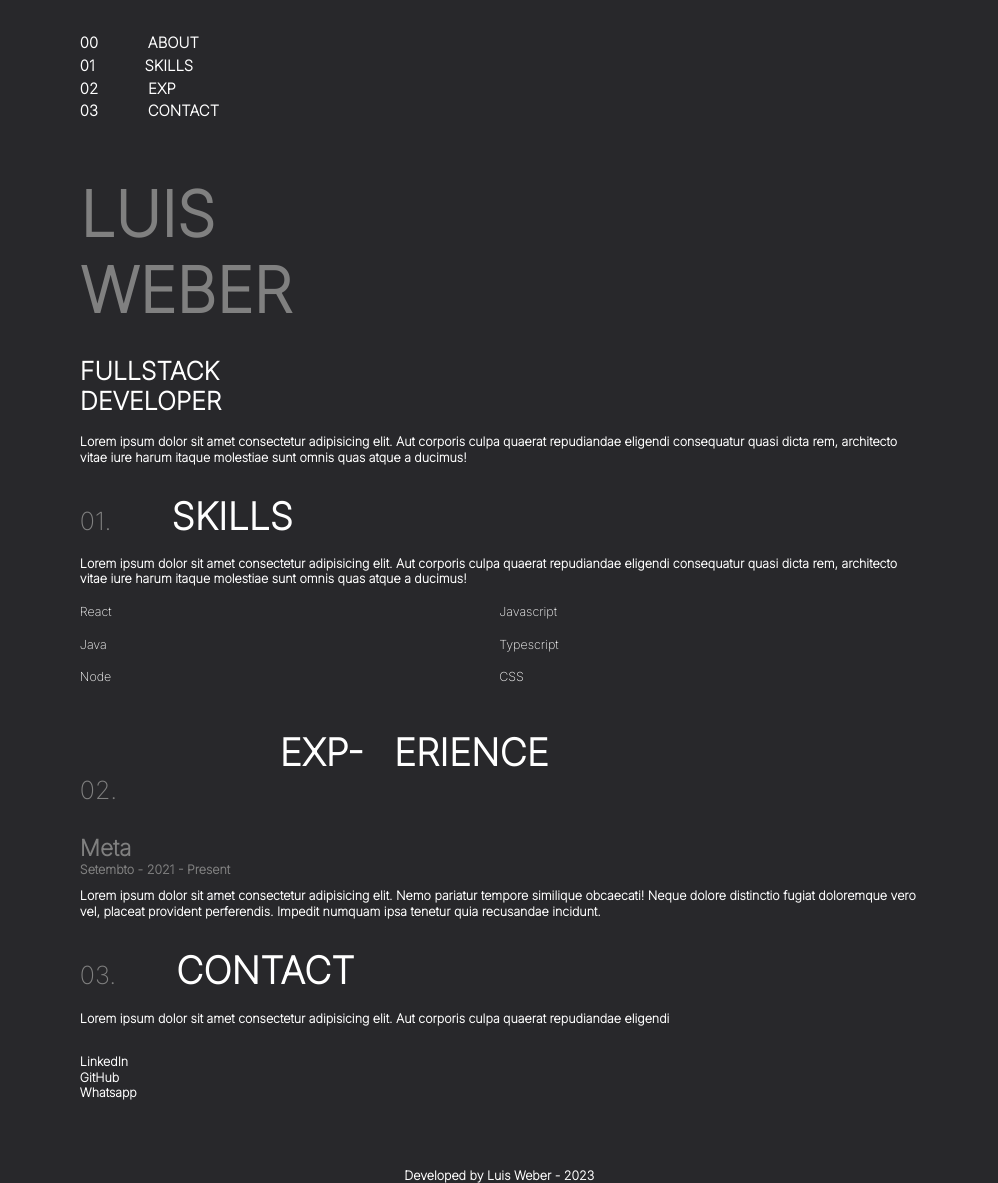
Repository: luiswh1/Portfolio
Page: /
These files come from the project's save history. The page is drawn as it stood at one moment and after the next save; the edit follows.
The browser window is 1280 px wide. The pictures show the whole page, at 78% of full size.
The project was rebuilt for these pictures with package versions that can differ from the ones it lists, and the page was loaded fresh each time.

Above is the page before, as saved 2023-05-31 19:49:29.

After the next save:
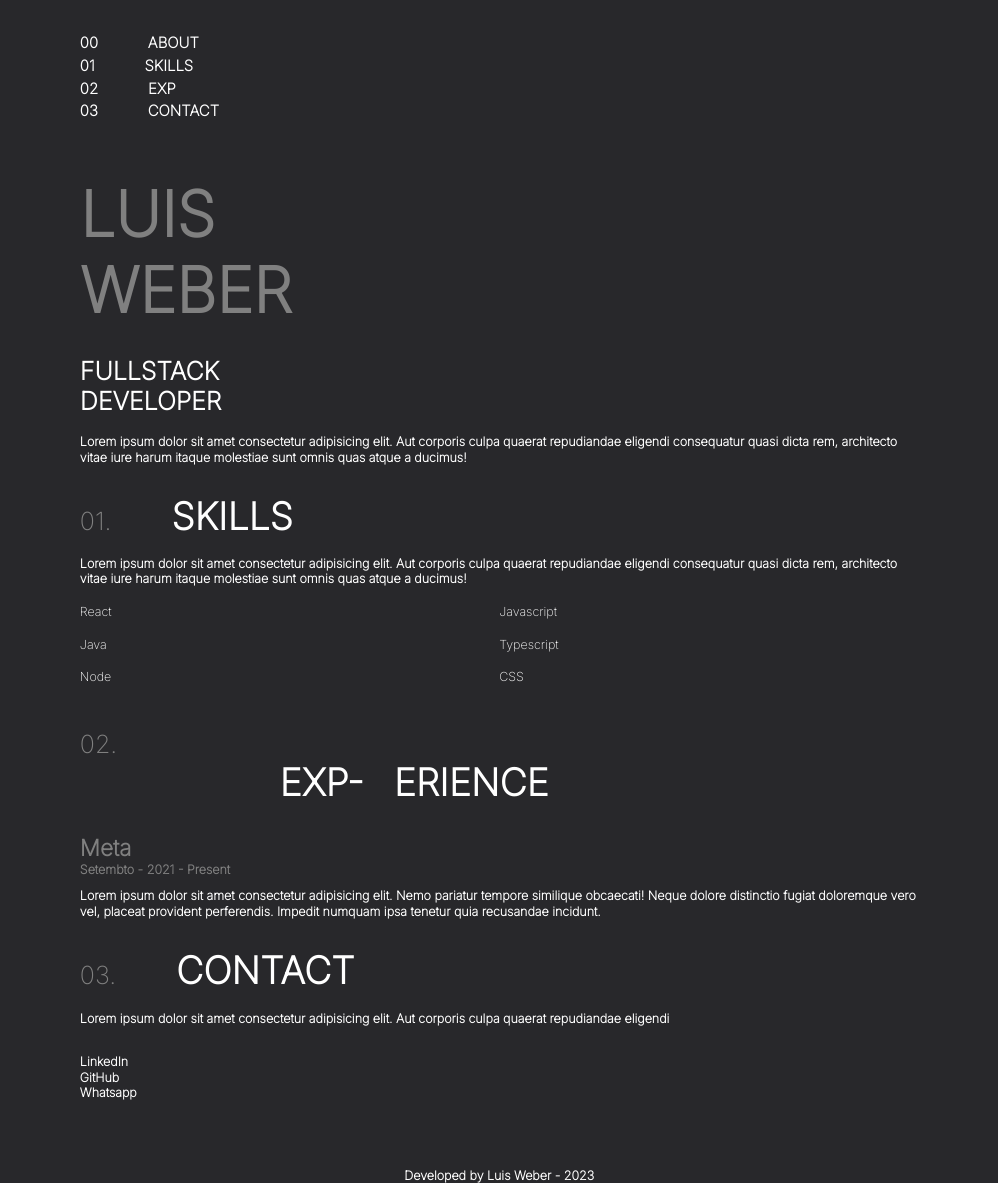
Saved 101 s later.
--- a/src/Pages/Home.tsx
+++ b/src/Pages/Home.tsx
@@ -71,11 +71,11 @@ const Home = () => {
           <LabelTitle id="parent">
             {/* TODO Ajustar o EXP em diferente resoluções de celular, pois está ficando desalinhado com o ERIENCE */}
             <div>
+            <NumberIndex>02.</NumberIndex>
+            </div>
+            <div>
             <StyledSpanExp>EXP-</StyledSpanExp>
             <IndexTitle>ERIENCE</IndexTitle>
-            </div>
-            <div>
-            <NumberIndex>02.</NumberIndex>
             </div>
           </LabelTitle>
 
